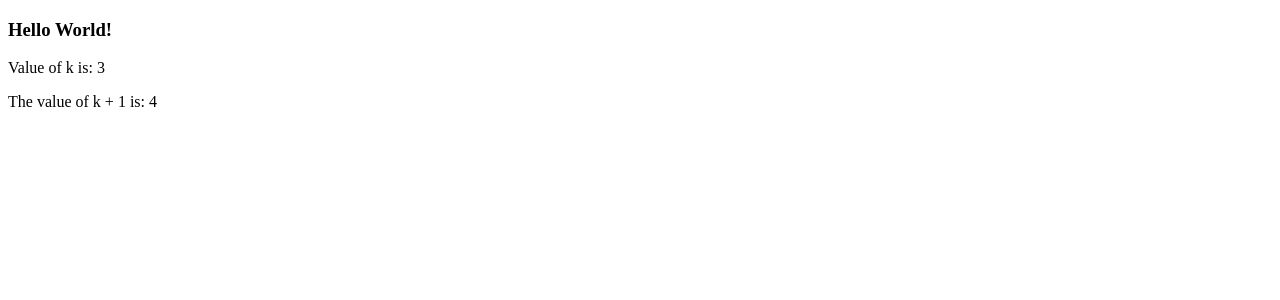
Repository: Seattle-Community-Android-Development/CodeBlog
Page: http://localhost/SimpleServletProject/test.jsp
The author's editor kept a copy of each file at every save. The page is drawn from the files as they stood at one save, then again after the next save.
The browser window is 1280 px wide. The pictures show the whole page.
The page is served by Tomcat 9. Other server files are loaded and not shown.

Above is the page before, as saved 2013-09-08 17:55:48.

### workspace/SimpleServletProject/WebContent/test.jsp
<%@ page language="java" contentType="text/html; charset=ISO-8859-1"
	pageEncoding="ISO-8859-1"%>
<!DOCTYPE html PUBLIC "-//W3C//DTD HTML 4.01 Transitional//EN" "http://www.w3.org/TR/html4/loose.dtd">
<html>
<head>
<meta http-equiv="Content-Type" content="text/html; charset=ISO-8859-1">
<title>Insert title here</title>
</head>
<body>
	<h3>Hello World!</h3>

	<%!
	public int add (int a, int b) {
		return a+b;
	}
	%>

	<%
	int i = 1;
	int j = 2;
	int k;

	k = add(i, j);

	out.println("Value of k is: " + String.valueOf(k));
	%>

	<p>The value of k + 1 is: <%=1+k %>
	</p>
</body>
</html>

After the next save:
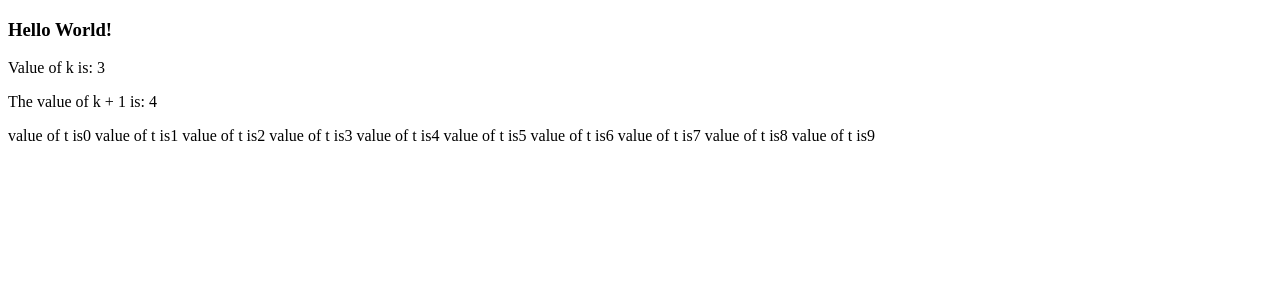
Saved 5 min 49 s later.
--- a/workspace/SimpleServletProject/WebContent/test.jsp
+++ b/workspace/SimpleServletProject/WebContent/test.jsp
@@ -27,5 +27,13 @@
 
 	<p>The value of k + 1 is: <%=1+k %>
 	</p>
+
+	<p>
+	<%
+	for (int t = 0; t < 10; t++) {
+		out.println("value of t is" + String.valueOf(t));
+	}
+	%>
+	</p>
 </body>
 </html>
